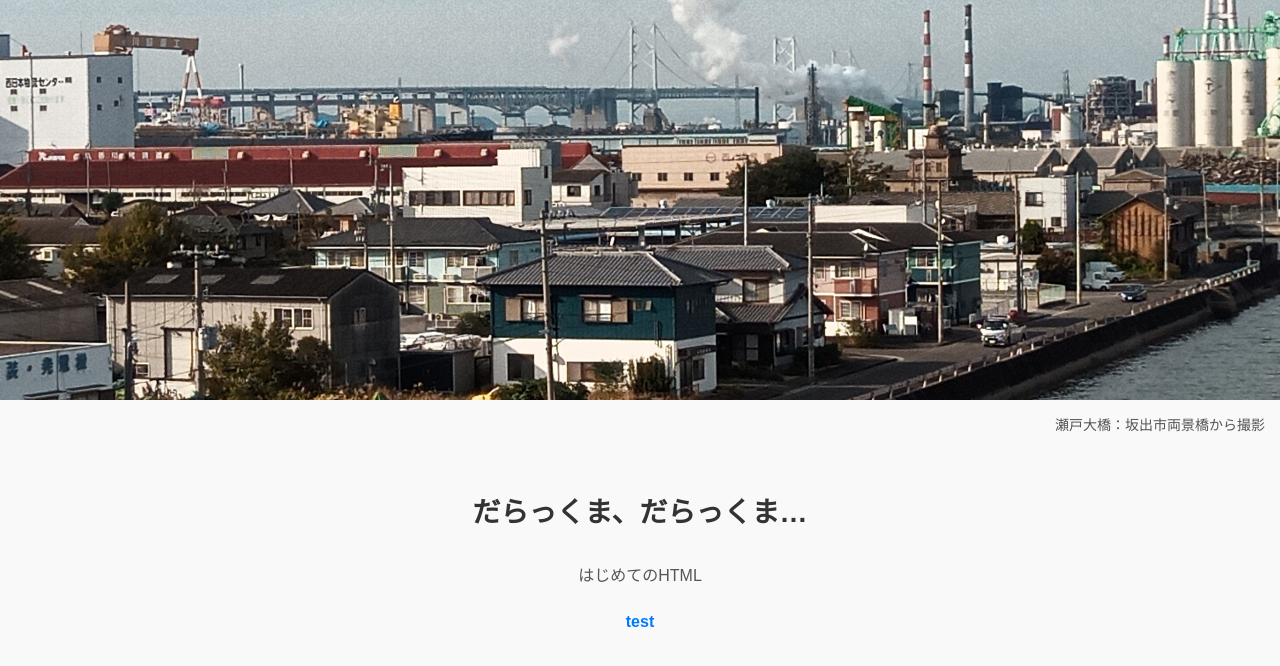
Repository: rydeen7907/html
Page: index.html
An editor plug-in stored every save of this project. The page is shown before and after the next save, followed by the edit.
The browser window is 1280 px wide. The pictures show the whole page.

Above is the page before, as saved 2025-04-26 18:11:02.

### index.html
<!DOCTYPE html>
<html lang="ja">
<head>
    <meta charset="UTF-8">
    <meta name="viewport" content="width=device-width, initial-scale=1.0">
    <title>だらっくまのサイト</title>
    <!-- スタイルシートの読み込み -->
    <link rel="stylesheet" href="style.css">
    <style>
        /* 基本的なスタイル */
        body {
                font-family: Arial, sans-serif;
                margin: 0;
                padding: 0;
                background-color: #f9f9f9;
                text-align: center;
        }
        /* ヘッダー画像 */
        .header-image {
            width: 100%;
            max-width: auto;
            height: 400px; /* width に合わせて高さを自動調整 */
            display: block; /* 中央配置 */
            margin: 0 auto; /* 中央配置 */
            object-fit: cover; /* 画像の比率を維持 */
        }

        /* 画像の説明文 */
        .image-caption {
            text-align: right; /* 右配置 */
            font-size: 14px; /* フォントサイズ */
            padding-right: 15px; /* 右側の余白 */
            color: #555; /* 文字色 */
            margin-top: 5px; /* 上部のマージン */
            margin-bottom: 25px; /* 下部のマージン */
        }

        /* メイン h1 */
        h1 {
            text-align: center; /* 中央配置 */
            color: #333; /* 文字色 */
            margin: 20px 0; /* 上下のマージン */
            margin-top: 40px; /* 上部のマージン */
            margin-bottom: 20px; /* 下部のマージン */
            font-size: 28px; /* フォントサイズ */
            font-weight: bold; /* 太字 */
        }

        /* 段落 p */
        p {
            text-align: center; /* 中央配置 */
            color: #555; /* 文字色 */
            font-size: 16px; /* フォントサイズ */
            margin: 10px 0; /* 上下のマージン */
            line-height: 30px; /* 行間 */
        }

        /* リンク a */
        a {
            color: #007BFF; /* リンクの色 */
            text-decoration: none; /* 下線を消す */
            font-size: 16px; /* フォントサイズ */
            font-weight: bold; /* 太字 */
            margin-top: 15px; /* 上マージン */
            margin-bottom: 15px; /* 下マージン */
            display: block; /* ブロック要素にして中央配置 */
            text-align: center; /* 中央配置 */
            transition: color 0.3s; /* 色の変化を滑らかに */

        }
        a:hover,
        a:focus {
            color: #0056b3; /* ホバー時の色 */
            text-decoration: underline; /* ホバー時の下線 */
        }
    </style>
</head>
<body>
    <!-- ヘッダー画像の挿入 -->
    <img src="./image/ryokeibridge.jpg" alt="Header Image" class="header-image">
    <!-- 画像の説明文 -->
    <p class="image-caption">瀬戸大橋：坂出市両景橋から撮影</p>
    <!-- スクロールテキストコンテナ -->

    <!-- brタグはcssのマージンで代用 -->
    <h1>だらっくま、だらっくま…</h1>
    <p>はじめてのHTML</p>
    <a href="test.html">test</a>
</body>
</html>

### style.css
/* 基本的なスタイル */
body {
    font-family: Arial, sans-serif;
    line-height: 2.0; /* 行間を読みやすく調整 (例：2.0倍 px,%,emでも可能) */
    margin: 0; /* ブラウザデフォルトのマージンをリセット */
    padding: 0; /* ブラウザデフォルトのパディングをリセット */
    background-color: #f4f4f4; /* 背景色を薄いグレーに設定 */
    color: #333; /* 文字色を濃いグレーに設定 */
    padding-bottom: 50px; /* ページ下部のパディングを追加 */
}

/* ヘッダーのスタイル */
.header-image {
    width: 100%;
    /* max-width: auto; は width: 100%; があれば不要 */
    height: 400px;
    display: block; /* 中央配置のためブロック要素に */
    margin: 0 auto; /* 上下のマージンは０、左右は自動で中央揃え */
    object-fit: cover; /* 画像のアスペクト比を維持、要素に合わせる */
}

/* 画像の説明文 */
.image-caption {
    text-align: right; /* 右寄せ */
    font-size: 14px; /* フォントサイズを小さく */
    padding: 5px 15px; /* 上下のパディングと左右のパディングを追加 */
    color: #555; /* 文字色を薄いグレーに */
    margin-top:\ 5px; /* 上部のマージンを追加 */
    margin-bottom: 25px; /* 下部のマージンを追加 */
}

/* メインコンテンツのスタイル */
.h1 {
    text-align: center; /* 中央配置 */
    color: #333; /* 文字色を濃いグレーに */
    margin: 20px 0; /* 上下のマージンを追加 */
    margin-top: 40px; /* 上部のマージンを追加 */
    margin-bottom: 20px; /* 下部のマージンを追加 */
    font-size: 28px; /* フォントサイズ */
    font-weight: bold; /* 太字に設定 */
}

/* スクロールテキストコンテナ */
.scroll-text-container {
    width: 100%; /* 幅を100%に設定 */
    height: 50px; /* 高さを50pxに設定 */
    overflow: hidden; /* はみ出た部分を隠す */
    white-space: nowrap; /* 文字を折り返さない */
    box-sizing: border-box; /* パディングとボーダーを含めたサイズ計算 */
    position: relative; /* 相対位置に設定 */
    background-color: aqua; /* 背景色をアクアに設定 */
    margin-top: 20px; /* 上部のマージンを追加 */
    margin-bottom: 20px; /* 下部のマージンを追加 */
    text-align: center; /* 中央配置 */
    font-size: 18px; /* フォントサイズ */
    font-weight: bold; /* 太字に設定 */
    color: #333; /* 文字色を濃いグレーに */
}

/* スクロールテキスト */
.scrolling-text {
    display: inline-block; /* インラインブロック要素に設定 */
    padding-left: 100%; /* 左側にパディングを追加 */
    position: absolute; /* 絶対位置に設定 */
    width: 100%; /* 幅を100%に設定 */
    height: 50px; /* 高さを50pxに設定 */
    top: 0; /* 上端に配置 */
    left: 0; /* 左端に配置 */
    animation: scroll-text-animation 10s linear infinite; /* アニメーションを適用 */
    font-size: 18px; /* フォントサイズ */
    font-weight: bold; /* 太字に設定 */
    margin: 0; /* コンテナ内でのマージンを削除 */
}

/* スクロールアニメーションの定義 */
@keyframes scroll-left {
    0% {
        transform: translateX(0); /* 開始位置 */
    }
    100% {
        /* テキスト自身の幅だけ左に移動させる */
        transform: translateX(-100%);
    }
}


/* 段落 p */
p {
    text-align: center; /* 中央配置 */
    margin-top: 25px; /* 上下のマージンを追加 */
    margin-bottom: 25px;
    font-size: 16px; /* フォントサイズ */
}

/* リンク a */
a {
    text-decoration: none; /* 下線を削除 */
    color: #ff0000; /* 文字色を赤に */
    display: block;
    text-align: center; /* 左寄せ */
    margin-top: 10px; /* 上部のマージンを追加 */
    margin-bottom: 10px; /* 下部のマージンを追加 */
    font-size: 16px; /* フォントサイズ */
    font-weight: bold; /* 太字に設定 */
    transition: color 0.3s; /* ホバー時の色変更にトランジションを追加 */
}

/* ホバー時のスタイル */
a:hover,
a:focus { /* ホバーとフォーカス時に適用するスタイル */
    text-decoration: underline; /* 下線を追加 */
    color: #ff8000; /* ホバー時の文字色をオレンジに変更 */
}

After the next save:
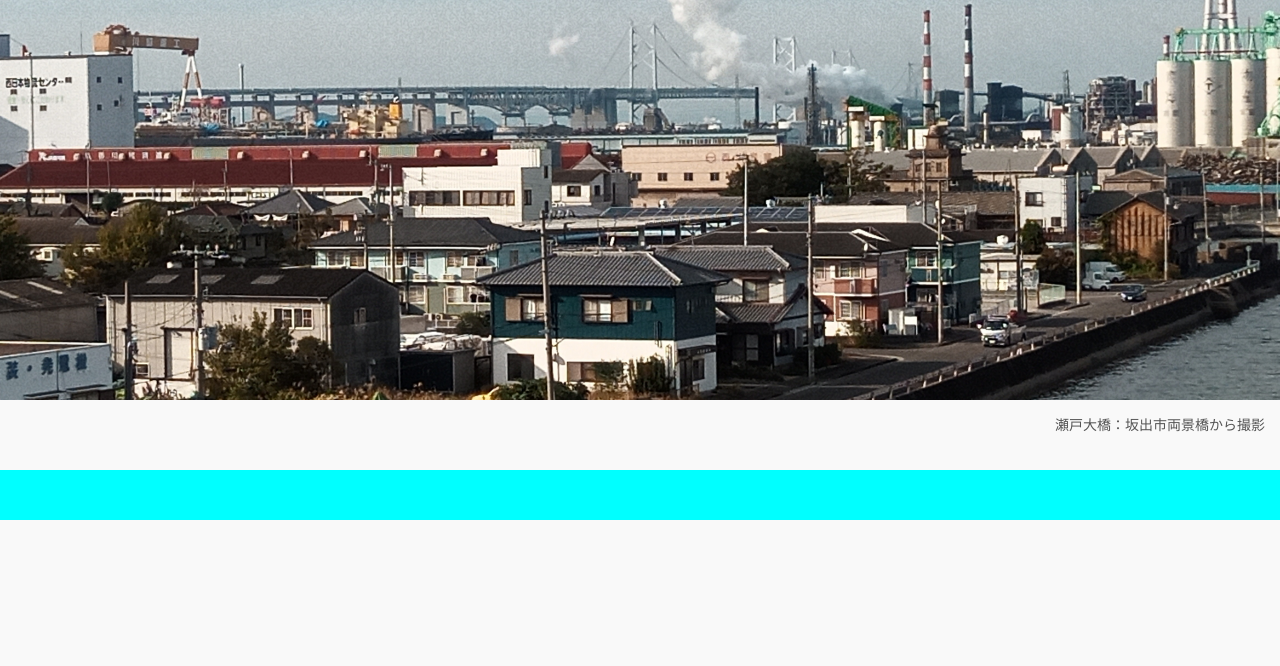
Saved 7 s later.
--- a/index.html
+++ b/index.html
@@ -81,7 +81,7 @@
     <!-- 画像の説明文 -->
     <p class="image-caption">瀬戸大橋：坂出市両景橋から撮影</p>
     <!-- スクロールテキストコンテナ -->
-
+    <div class="scroll-text-container">
     <!-- brタグはcssのマージンで代用 -->
     <h1>だらっくま、だらっくま…</h1>
     <p>はじめてのHTML</p>
